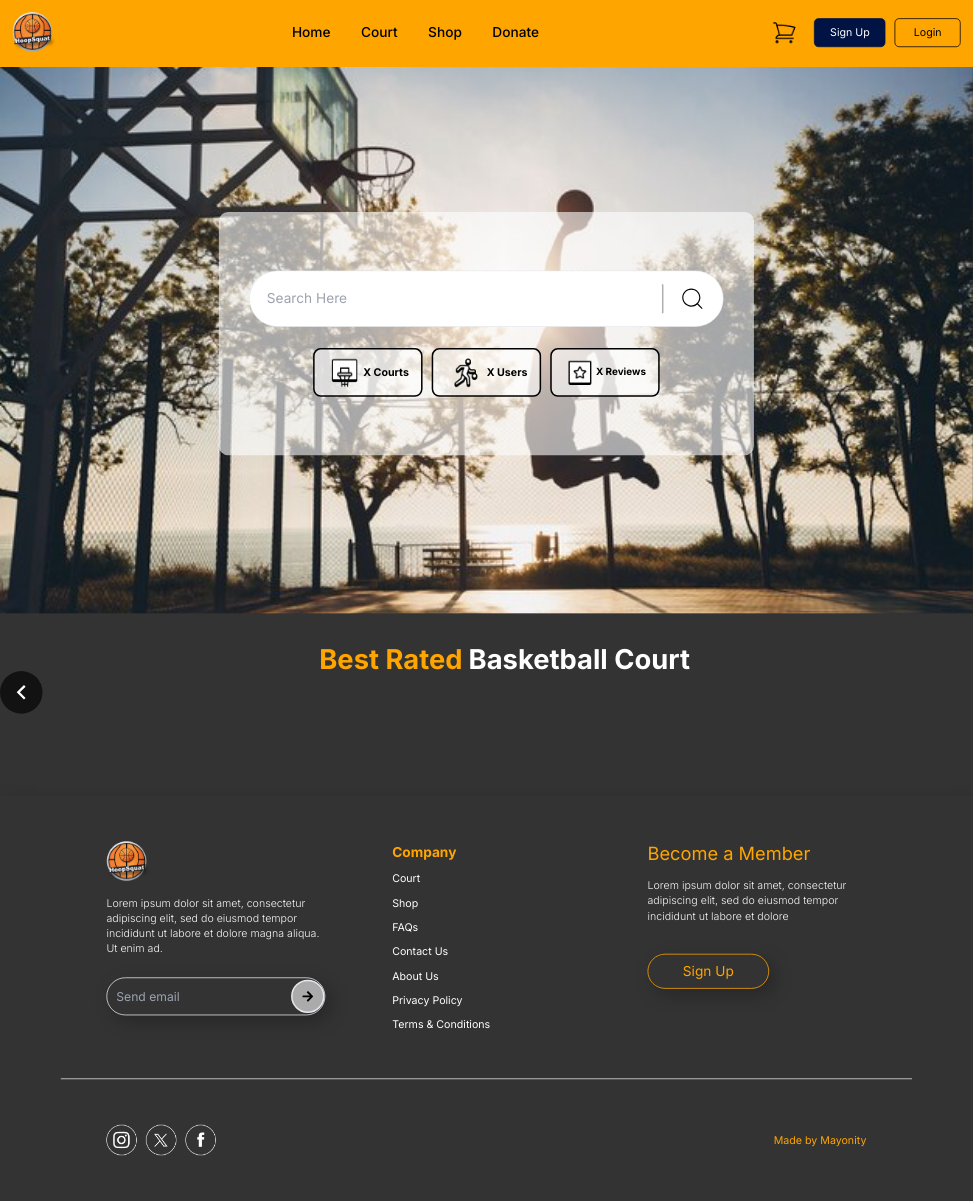
Repository: Abdul-Hannan232/basket-ball-website
Page: /
The author's editor kept a copy of each file at every save. The page is drawn from the files as they stood at one save, then again after the next save.
The browser window is 1280 px wide. The pictures show the whole page, at 76% of full size.
The page's requests for data from a server got no answer. The project was rebuilt for these pictures with package versions that can differ from the ones it lists, and the page was loaded fresh each time. The framework's server and built-in components were replaced by stand-ins that run in the browser. No one was signed in, and anything a server would have sent is missing. Also part of the build but not shown: next.config.mjs, app/utils/rating.js.

Above is the page before, as saved 2024-09-15 21:31:31.

### app/layout.tsx
import type { Metadata } from "next";
import { Inter } from "next/font/google";
import "./globals.css";
import Authprovider from "./component/Authprovider/Authprovider";

const inter = Inter({ subsets: ["latin"] });

export const metadata: Metadata = {
  title: "Basket Ball",
  description: "Generated by create next app",
};

export default function RootLayout({
  children,
}: Readonly<{
  children: React.ReactNode;
}>) {
  return (
    <html lang="en">
      <head>
        <link rel="icon" href="/favicon.png" />
        <title>Basket Ball</title>
      </head>
      <body className={inter.className}>
        <Authprovider>
          {children}
        </Authprovider>
      </body>
    </html>
  );
}

### app/page.tsx
import HomePage from "./component/HomeComponent"
export default function Home() {
  return (
    <>
      <HomePage />
    </>
  );
}

### app/globals.css
@import url('https://fonts.googleapis.com/css2?family=Poppins:wght@100;200;400&display=swap');
@import url('https://fonts.googleapis.com/css2?family=Poppins:ital,wght@0,100;0,200;0,300;0,400;0,500;0,600;0,700;0,800;0,900;1,100;1,200;1,300;1,400;1,500;1,600;1,700;1,800;1,900&display=swap');
@tailwind base;
@tailwind components;
@tailwind utilities;
/* Styling for the pagination container */
.custom-paginator .p-paginator {
  @apply  rounded-lg p-4 mt-2 flex flex-row gap-10 fixed  right-0;
}
.poppins-bold {
  font-family: "Poppins", sans-serif;
  font-weight: 700;
  font-style: normal;
}
.hover-design{
  background: linear-gradient(90deg, #FFA500 0%, rgba(255, 165, 0, 0.09) 85.85%);

}
/* Styling for individual page numbers */
.custom-paginator .p-paginator .p-paginator-page {
  @apply bg-white text-black rounded-md w-10 h-10 inline items-center text-center justify-center mx-1;
}

/* Highlighted page number styling */
.custom-paginator .p-paginator .p-paginator-page.p-highlight {
  @apply bg-[#FFA500] text-white inline text-center flex-row;
}

/* Styling for previous and next buttons */
.custom-paginator .p-paginator .p-paginator-prev,
.custom-paginator .p-paginator .p-paginator-next {
  @apply bg-[#CACACA] p-1 text-black flex flex-row rounded-md;
}

body {
  background-color: rgba(51, 51, 51, 1);
  color: white;
  font-family: 'Poppins', sans-serif;
}

.shadow {
  box-shadow: 8px 8px 24px 0px #00000040;

}
.banner {
  background-image: url('/banner.png');
  background-position: center;
  background-size: cover;
  width: 100%;
  background-repeat: no-repeat;
}
.backColor{
  background: linear-gradient(90.35deg, #FFA500 0.24%, #FF7D05 99.7%);

}
.mobilebanner {
  background-image: url('/mobildbanner.png');
  background-position: center;
  background-size: cover;
  background-repeat: no-repeat;
}
@media only screen and (max-width:320px) {
  .slick-slide {
    margin-left:5px; /* Adjust the value as needed */
  }
}
.slick-slide {
  margin-left:5px; /* Adjust the value as needed */
}
.bounceball {
  position: relative;
  display: inline-block;
  height: 20px;
  width: 15px;
  /* Adjust the width as needed */
}

.bounceball:before {
  position: absolute;
  content: '';
  display: block;
  top: 0;
  width: 25px;
  /* Adjust the width as needed */
  height: 20px;
  border-radius: 50%;
  background-color: #FFA500;
  transform-origin: 50%;
  animation: bounce 500ms alternate infinite ease;
}

@layer
{
  .wrap {
    @apply absolute top-1/2 left-1/2 transform -translate-x-1/2 -translate-y-1/2;
  }
}
@keyframes bounce {
  0% {
    top: 70px;
    height: 5px;
    border-radius: 60px 60px 20px 20px;
    transform: scaleX(2);
  }

  35% {
    height: 15px;
    border-radius: 50%;
    transform: scaleX(1);
  }

  100% {
    top: 0;
  }
}


.animate-bounce {
  animation: bounce 500ms alternate infinite ease;
}

/* Api loading */
.loader {
  width: 48px;
  height: 48px;
  display: inline-block;
  position: relative;
}
.loader::after,
.loader::before {
  content: '';
  box-sizing: border-box;
  width: 48px;
  height: 48px;
  border-radius: 50%;
  border: 2px solid #FFA500;
  position: absolute;
  left: 0;
  top: 0;
  animation: animloader 2s linear infinite;
}
.loader::after {
  animation-delay: 1s;
}

@keyframes animloader {
  0% {
    transform: scale(0);
    opacity: 1;
  }
  100% {
    transform: scale(1);
    opacity: 0;
  }
}

### app/component/Authprovider/Authprovider.js
"use client"
import React from "react";
import { SessionProvider } from "next-auth/react";
const Authprovider = ({children}) => {
    return (
        <SessionProvider>
             {children}
        </SessionProvider>
    )
}
export default Authprovider

### app/component/HomeComponent.js
import React from 'react'
import Navbar from './NavBarComponent'
import Image from 'next/image'
import { CiSearch } from "react-icons/ci"
import Footer from "./FooterComponent"
import BasketBall from "./CourtsSlider"
const HomeComponent = () => {
  return (
    <div>
      <Navbar/>
      <div className=' md:banner mobilebanner   md:h-[100vh] h-[250px]'  >
        <div className='relative  flex flex-col md:justify-center md:mt-0 pt-14 items-center md:h-[90vh] '>
          <div className='bg-white absolute lg:w-[55%] w-[90%] mx-auto md:h-80 h-36 flex flex-col justify-center it-center  bg-opacity-60 rounded-xl  right-0 left-0'>
            <div className='relative lg:mx-10 mx-5 border bg-white text-black flex items-center   rounded-full'>
              <input type='text' placeholder='Search Here' className='text-black md:text-lg text-xs border-transparent outline-none hover:border-[#FFA500] border-2 md:p-5 p-3 w-full rounded-full ' />
              <CiSearch className="absolute text-black md:w-20 w-8 px-1 my-2 md:h-10 h-6 right-0 text-4xl border-2 border-[#AFAFAF] border-t-transparent border-r-transparent border-b-transparent  md:top- " />
            </div>
            <div className='flex justify-center gap-3 mt-7 '>
              <div className='bg-white text-center text-black bg-opacity-60 border-[#000000] border-2 flex justify-center items-center md:rounded-[10px] rounded-[7px] md:p-4 p-2 md:w-36 w-22  md:h-16 h-10'>

                <Image src="/Basketball Net.png" alt="basket" width={100} height={50} className='md:w-10 mx-auto mt-1 md:h-12 w-6 h-8 ' />
                <p className='md:text-sm text-[8px]  font-bold'>X Courts</p>
              </div>
              <div className='bg-white text-center text-black bg-opacity-60 border-[#000000] border-2 flex justify-center items-center md:rounded-[10px] rounded-[7px] md:p-4 p-2 md:w-36 w-22  md:h-16 h-10'>

                <Image src="/Basketball Player.png" alt="basket" width={100} height={50} className='md:w-10 mx-auto  md:h-10 w-6 h-6 ' />
                <p className='md:text-sm text-[8px]  font-bold'>X Users</p>
              </div>
              <div className='bg-white text-center text-black bg-opacity-60 border-[#000000] border-2 flex justify-center items-center md:rounded-[10px] rounded-[7px] md:p-4 p-2 md:w-36 w-22  md:h-16 h-10'>

                <Image src="/Rating.png" alt="basket" width={100} height={50} className='md:w-10 mx-auto  md:h-10 w-6 h-6 ' />
                <p className='md:text-[13px] text-[8px]  font-bold'>X Reviews</p>
              </div>

            </div>
          </div>
        </div>
      </div>
      <BasketBall slide={"carousel"} />
      <Footer/>
    </div>
  )
}

export default HomeComponent

### app/component/CourtsSlider.js
"use client"
import React, { useRef, useState, useEffect } from 'react';
import Slider from 'react-slick';
import { RiArrowLeftSLine } from 'react-icons/ri';
import { MdOutlineKeyboardArrowRight } from "react-icons/md"
import 'slick-carousel/slick/slick.css';
import 'slick-carousel/slick/slick-theme.css';
import Image from 'next/image';
import Link from 'next/link';
import renderStars from "../utils/rating"
import { allCourts as fetchAllCourts } from "../services/courtsServices"; // Rename the imported function
const settings = {
    infinite: true,
    speed: 500,
    slidesToShow: 3.5,
    slidesToScroll: 1,
    responsive: [
        {
            breakpoint: 1267, // Adjust the breakpoint as needed
            settings: {
                slidesToShow: 2.5,
                slidesToScroll: 2,
            },
        },
        {
            breakpoint: 959, // Adjust the breakpoint as needed
            settings: {
                slidesToShow: 2,
                slidesToScroll: 2,
            },
        },

        {
            breakpoint: 320, // Adjust the breakpoint as needed
            settings: {
                slidesToShow: 1.1,
                slidesToScroll: 1,
            },
        },
    ],
    prevArrow: <></>, // Hides the previous arrow
    nextArrow: <></>,
};
const CourtsSlider = ({ slide }) => {
    const sliderRef = useRef(null);
    const [spinner, setSpinner] = useState(false)

    const goToPrev = () => {
        sliderRef.current.slickPrev();
    };

    const goToNext = () => {
        sliderRef.current.slickNext();
    };

    const [allCourts, setAllCourts] = useState([]); // Initialize with an empty array

    useEffect(() => {
        setSpinner(true)
        const getCourts = async () => {
            try {
                const response = await fetchAllCourts(); // Use the renamed function
                setAllCourts(response.data.courts); // Store the fetched data in state
            } catch (error) {
                console.error("Failed to fetch courts data:", error);
                // You can also add error handling for the UI here
            } finally {
                setSpinner(false)
            }
        };

        getCourts();
    }, []);
    return (
        <div >
            {slide === 'carousel' ? (
                <div className="  2xl:ml-32 md:ml-14 md:pt-10 pt-10 w-[95%] mx-auto z-10 2xl:mb-40 md:mb-20" id="Testimonials" style={{ position: 'relative' }}>
                    <div className='2xl:text-6xl md:text-4xl text-xl font-bold md:mb-20 mb-10 flex justify-center items-center gap-2 '>
                        <h1 className='text-[#FFA500]'>Best Rated </h1>
                        <h1>Basketball Court</h1>
                    </div>
                    <div className="flex justify-center">
                        {spinner ? <span className="loader"></span> : null}
                    </div>


                    {/* <div className='slick- slick-arrow'>
                            <div className="bg-[#000000A6] text-white text-7xl md:p-[10px] flex items-center justify-center cursor-pointer md:w-14 md:h-14 w-10 h-10 text-center font-bold  rounded-full" onClick={goToNext}>
                                <MdOutlineKeyboardArrowRight />
                            </div>
                        </div> */}
                    <Slider ref={sliderRef} {...settings}>

                        {allCourts.map((item, index) => (
                            <div key={index} className=' w-[80%] bg-black'>
                                <div className='relative shadow cursor-pointer text-black rounded-md 2xl:w-[450px] md:w-[300px] w-[250px] group'>
                                    <div className='absolute inset-0 bg-black opacity-0 z-20 group-hover:opacity-70 transition-opacity'></div>

                                    <div className='bg-[#D9D9D9] relative rounded-md overflow-hidden'>
                                        {/* Image and content */}

                                        <Image src={item.images?.[0]
                                            ? `${process.env.NEXT_PUBLIC_IMAGE_URL}/${item.images[0]}`
                                            : '/basketBALL.png'} alt="image" width={343} height={228} className='rounded-t-xl h-60 2xl:w-[400px]' />

                                        <div className='flex items-center justify-center float-right -mt-5 shadow z-10 absolute right-0 p-3 w-32 gap-2 rounded-l-xl bg-white text-black'>

                                            <Image src={item.type === "indoor" ? "/Roofing.png" : "/Basketball Court.png"}
                                                alt="shelter" width={24} height={24} />
                                            <p>{item.type}</p>
                                        </div>
                                        <div className='m-5'>
                                            {/* <Image src="/star.png" alt="image" width={112} height={20} /> */}
                                            <div className='flex items-center'>
                                                {renderStars(item.ratings)}
                                            </div>
                                            <p className='text-[10px] mt-1 font-bold'>{item.rating.length} reviews</p>
                                            <h1 className='text-xl font-bold mb-5'>{item.name}</h1>
                                            <p className='w-32 text-xs font-medium mt-1'>{item.location}</p>
                                            <button className='bg-[#FFA500] p-2 mb-5 mt-10 text-black font-bold text-sm w-full shadow'>
                                                View Court
                                            </button>
                                        </div>

                                        {/* Overlay with Maintenance Button */}
                                        <div className='flex flex-col items-center h-96 justify-center z-40 absolute inset-0 opacity-0 group-hover:opacity-100 transition-opacity'>
                                            <button className='bg-[#232323] py-2 px-4 rounded-full text-white'>
                                                Maintenance
                                            </button>
                                        </div>
                                    </div>
                                </div>

                            </div>
                        ))}

                    </Slider>
                    <div style={{ position: 'absolute', transform: 'translateY(-50%)', zIndex: '1' }} className='2xl:top-[45%] lg:top-[65%] top-[35%] md:w-[100%] flex justify-between w-[100%] mx-auto'>
                        <div className=' slick- slick-arrow md:-ml-14 '>
                            <div onClick={goToPrev} className='bg-[#000000A6] text-white text-7xl md:p-[10px] flex items-center justify-center cursor-pointer md:w-14 md:h-14 w-10 h-10 text-center font-bold  rounded-full'>
                                <RiArrowLeftSLine />
                            </div>
                        </div>


                    </div>
                </div>
            ) : (
                <>
                    <div className="flex justify-center mt-[30px]">
                        {spinner ? <span className="loader"></span> : null}
                    </div>
                    <div className='grid xl:grid-cols-4 lg:grid-cols-3 md:grid-cols-2 grid-cols-1 gap-20 w-[80%] md:mt-20 mt-5 md:mx-auto mx-5'>

                        {allCourts.map((item, index) => (
                            <div key={index} className='relative  shadow text-black rounded-md 2xl:w-[300px] xl:w-[250px] md:w-[250px] w-[280px] group'>
                                <div className='bg-[#D9D9D9] relative rounded-md overflow-hidden'>
                                    {/* Overlay */}
                                    <div className='absolute inset-0 bg-black opacity-0  group-hover:opacity-70 transition-opacity'></div>

                                    {/* Maintenance Button (Initially Hidden) */}
                                    <div className='flex flex-col items-center h-80 justify-center z-20 absolute inset-0 opacity-0 group-hover:opacity-100 transition-opacity'>
                                        <button className='bg-[#232323] py-2 px-4 rounded-full text-white'>
                                            Maintenance
                                        </button>
                                    </div>

                                    <Image src={item.images?.[0]
                                        ? `${process.env.NEXT_PUBLIC_IMAGE_URL}/${item.images[0]}`
                                        : '/basketBALL.png'} alt="image" width={343} height={228} className='rounded-t-xl 2xl:w-[450px]' />

                                    <div className='flex items-center justify-center float-right -mt-5 shadow  absolute right-0 p-3 w-32 gap-2 rounded-l-xl bg-white text-black'>

                                        <Image src={item.type === "indoor" ? "/Roofing.png" : "/Basketball Court.png"}
                                            alt="shelter" width={24} height={24} />
                                        <p>{item.type}</p>
                                    </div>

                                    <div className='m-5 relative'>
                                        {/* <Image src="/star.png" alt="image" width={60} height={20} />
                         */}
                                        <div className='flex items-center'>
                                            {renderStars(item.ratings)}
                                        </div>
                                        <p className='text-[10px] mt-1 font-bold'>{item.rating.length} reviews</p>
                                        <h1 className='text-lg font-bold mb-2'>{item.name}</h1>
                                        <p className='w-32 text-xs font-medium '>{item.location}</p>
                                        <button className='bg-[#FFA500] p-2 mb-3 mt-3 rounded-md text-black font-bold text-sm w-full shadow'>
                                            View Court
                                        </button>
                                    </div>
                                </div>
                            </div>


                        ))}
                    </div>
                </>
            )}

        </div >
    );
};

export default CourtsSlider;

### app/customHook/useAuthToken.js
import { useSession } from "next-auth/react";
import Cookies from "js-cookie";
import {jwtDecode} from "jwt-decode";

export const useAuthToken = () => {
  const { data: session } = useSession();

  const token = session?.authToken || Cookies.get("authToken");

  let decodedToken = null;
  if (token) {
    try {
      decodedToken = jwtDecode(token);
    } catch (error) {
      console.error("Invalid token:", error.message);
    }
  }

  return { token, decodedToken };
};

### app/services/courtsServices.js
import axios from "axios";
import Cookies from 'js-cookie';
export const allCourts = async (token) =>{
    try {

        const response = await axios.get(
            `${process.env.NEXT_PUBLIC_API_URL}/court/all`,
            {
                headers: {
                    Authorization: `Bearer ${token}`,
                },
            }
        );

        return response;
    }
    catch (error) {
        console.log("all Courts",error.response)
        return error.response || { message: "An error occurred", error };
    }

}

export const addCourt = async (body,token) => {

    try {
         const response = await axios.post(
            `${process.env.NEXT_PUBLIC_API_URL}/court/add`,
            body,
            {
                headers: {
                    Authorization: `Bearer ${token}`,                },
            }
        );

        return response;
    } catch (error) {
        return error.response;
    }
};

Loaded but not shown: tailwind.config.ts (common file); app/component/NavBarComponent.js (132 lines, source omitted); app/component/FooterComponent.js (94 lines, source omitted)

After the next save:
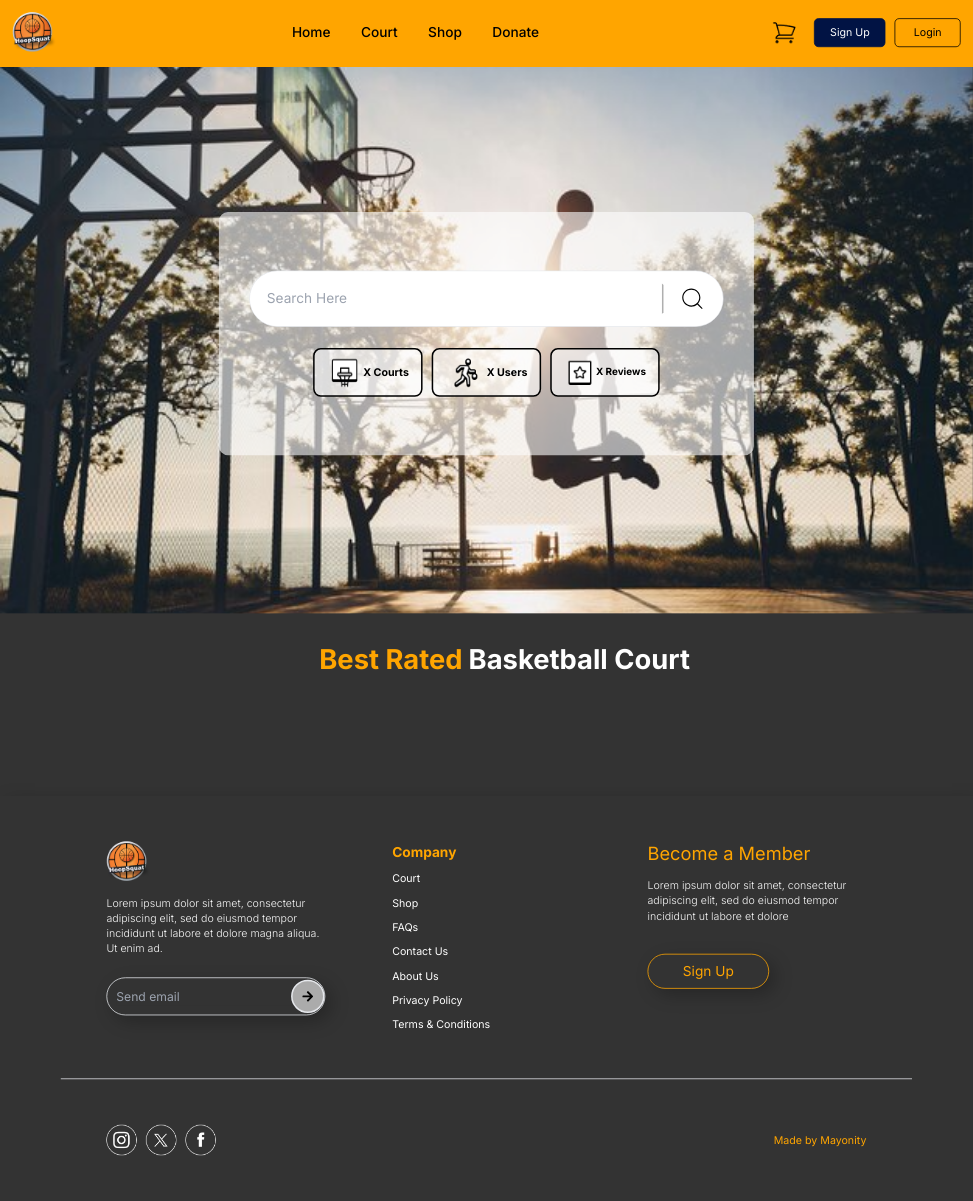
Saved 4 s later.
--- a/app/component/CourtsSlider.js
+++ b/app/component/CourtsSlider.js
@@ -135,7 +135,7 @@ const CourtsSlider = ({ slide }) => {
                         ))}
 
                     </Slider>
-                    <div style={{ position: 'absolute', transform: 'translateY(-50%)', zIndex: '1' }} className='2xl:top-[45%] lg:top-[65%] top-[35%] md:w-[100%] flex justify-between w-[100%] mx-auto'>
+                    {/* <div style={{ position: 'absolute', transform: 'translateY(-50%)', zIndex: '1' }} className='2xl:top-[45%] lg:top-[65%] top-[35%] md:w-[100%] flex justify-between w-[100%] mx-auto'>
                         <div className=' slick- slick-arrow md:-ml-14 '>
                             <div onClick={goToPrev} className='bg-[#000000A6] text-white text-7xl md:p-[10px] flex items-center justify-center cursor-pointer md:w-14 md:h-14 w-10 h-10 text-center font-bold  rounded-full'>
                                 <RiArrowLeftSLine />
@@ -143,7 +143,7 @@ const CourtsSlider = ({ slide }) => {
                         </div>
 
 
-                    </div>
+                    </div> */}
                 </div>
             ) : (
                 <>
